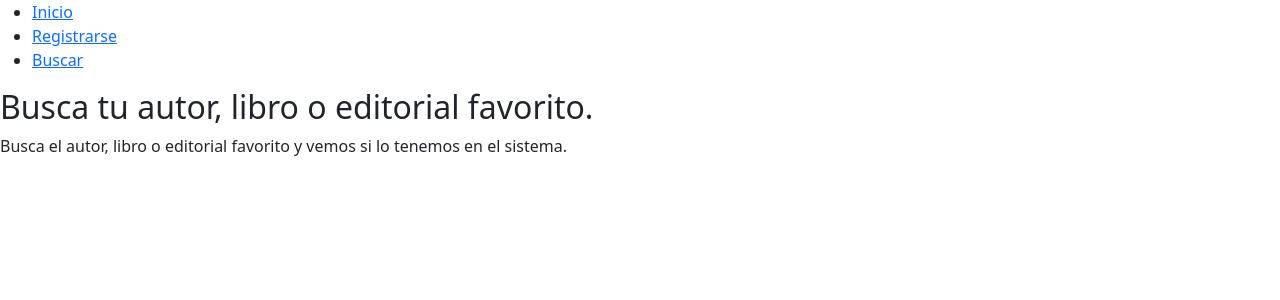
Repository: frnalonso/libreria
Page: src/main/resources/templates/buscar.html
An editor plug-in stored every save of this project. The page is shown before and after the next save, followed by the edit.
The browser window is 1280 px wide. The pictures show the whole page.

Above is the page before, as saved 2021-11-05 05:44:02.

### src/main/resources/templates/buscar.html
<!doctype html>
<html lang="en">
  <head>
    <!-- Required meta tags -->
    <meta charset="utf-8">
    <meta name="viewport" content="width=device-width, initial-scale=1">

    <!-- Bootstrap CSS -->
    <link href="https://cdn.jsdelivr.net/npm/bootstrap@5.1.3/dist/css/bootstrap.min.css" rel="stylesheet" integrity="sha384-1BmE4kWBq78iYhFldvKuhfTAU6auU8tT94WrHftjDbrCEXSU1oBoqyl2QvZ6jIW3" crossorigin="anonymous">

    <title>Hello, world!</title>
  </head>
  <body>
    <nav>
        <ul>
            <li><a href="/">Inicio</a></li>
            <li><a href="/registro">Registrarse</a></li>
            <li><a href="/buscar">Buscar</a></li>
        </ul>
    </nav>

    <h2>Busca tu autor, libro o editorial favorito.</h2>

    <p>Busca el autor, libro o editorial favorito y vemos si lo tenemos en el sistema.</p>
    <!-- Optional JavaScript; choose one of the two! -->

    <!-- Option 1: Bootstrap Bundle with Popper -->
    <script src="https://cdn.jsdelivr.net/npm/bootstrap@5.1.3/dist/js/bootstrap.bundle.min.js" integrity="sha384-ka7Sk0Gln4gmtz2MlQnikT1wXgYsOg+OMhuP+IlRH9sENBO0LRn5q+8nbTov4+1p" crossorigin="anonymous"></script>

    <!-- Option 2: Separate Popper and Bootstrap JS -->
    <!--
    <script src="https://cdn.jsdelivr.net/npm/@popperjs/core@2.10.2/dist/umd/popper.min.js" integrity="sha384-7+zCNj/IqJ95wo16oMtfsKbZ9ccEh31eOz1HGyDuCQ6wgnyJNSYdrPa03rtR1zdB" crossorigin="anonymous"></script>
    <script src="https://cdn.jsdelivr.net/npm/bootstrap@5.1.3/dist/js/bootstrap.min.js" integrity="sha384-QJHtvGhmr9XOIpI6YVutG+2QOK9T+ZnN4kzFN1RtK3zEFEIsxhlmWl5/YESvpZ13" crossorigin="anonymous"></script>
    -->
  </body>
</html>

After the next save:
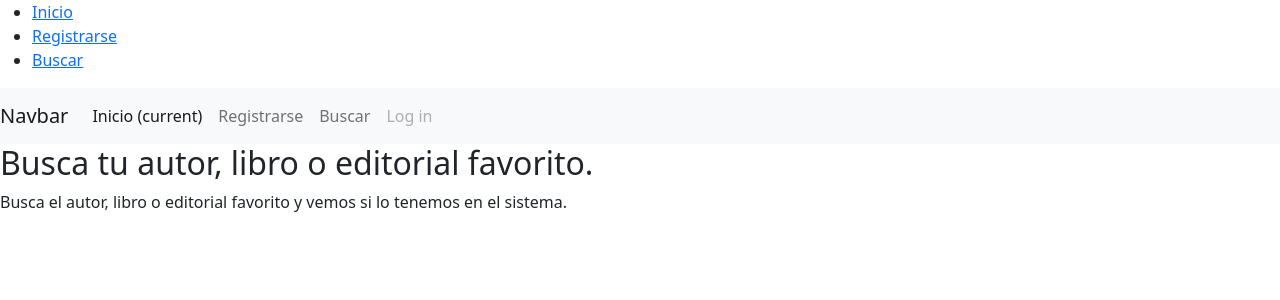
Saved 2 min 12 s later.
--- a/src/main/resources/templates/buscar.html
+++ b/src/main/resources/templates/buscar.html
@@ -19,6 +19,21 @@
         </ul>
     </nav>
 
+    <nav class="navbar navbar-expand-lg navbar-light bg-light">
+        <a class="navbar-brand" href="#">Navbar</a>
+        <button class="navbar-toggler" type="button" data-toggle="collapse" data-target="#navbarNavAltMarkup" aria-controls="navbarNavAltMarkup" aria-expanded="false" aria-label="Toggle navigation">
+          <span class="navbar-toggler-icon"></span>
+        </button>
+        <div class="collapse navbar-collapse" id="navbarNavAltMarkup">
+          <div class="navbar-nav">
+            <a class="nav-item nav-link active" href="/">Inicio <span class="sr-only">(current)</span></a>
+            <a class="nav-item nav-link" href="/registro">Registrarse</a>
+            <a class="nav-item nav-link" href="/buscar">Buscar</a>
+            <a class="nav-item nav-link disabled" href="Log in">Log in</a>
+          </div>
+        </div>
+      </nav>
+
     <h2>Busca tu autor, libro o editorial favorito.</h2>
 
     <p>Busca el autor, libro o editorial favorito y vemos si lo tenemos en el sistema.</p>
